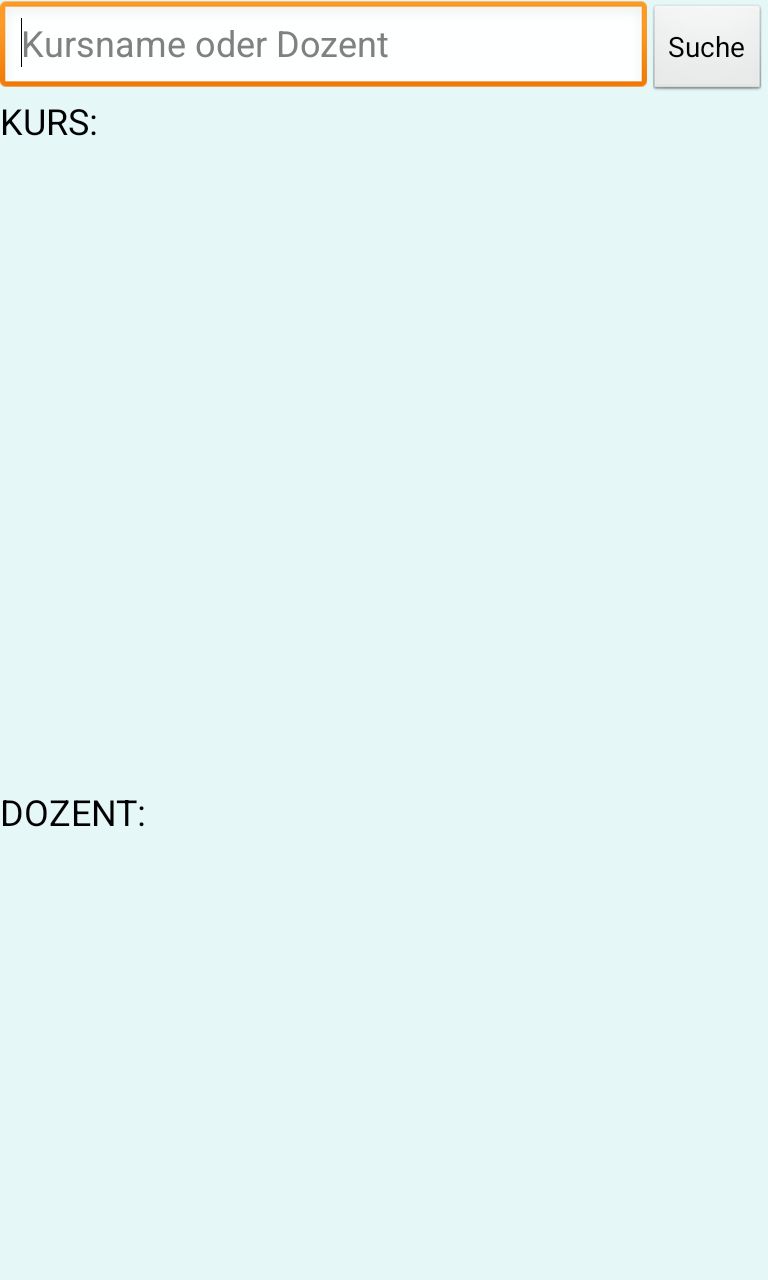
Repository: georgleber/IliConnect
Layout: IliConnect/res/layout/suche_layout.xml
The author's editor kept a copy of each file at every save. The layout is drawn from the files as they stood at one save, then again after the next save.
It is drawn on a 768 x 1280 px phone screen (xhdpi) without system bars, with theme AppTheme; the app's code is not run. Lists and similar views that code fills are empty.

Above is the layout before, as saved 2012-12-18 22:15:37.

### IliConnect/res/layout/suche_layout.xml
<?xml version="1.0" encoding="utf-8"?>
<LinearLayout xmlns:android="http://schemas.android.com/apk/res/android"
    android:layout_width="match_parent"
    android:layout_height="match_parent"
    android:background="#E5F7F7"
    android:orientation="vertical">

    <LinearLayout
        android:layout_width="match_parent"
        android:layout_height="wrap_content" >

        <EditText
            android:id="@+id/editText1"
            android:layout_width="0dp"
            android:layout_height="wrap_content"
            android:layout_weight="1.51"
            android:ems="10"
            android:hint="@string/search_string"
            android:singleLine="true">

            <requestFocus />
        </EditText>

        <Button
            android:id="@+id/search_button"
            android:layout_width="wrap_content"
            android:layout_height="wrap_content"
            android:text="@string/searching_button" />
    </LinearLayout>

    <TextView
        android:id="@+id/kurs_label"
        android:layout_width="match_parent"
        android:layout_height="wrap_content"
        android:text="@string/kurs_suche"
        android:textAppearance="?android:attr/textAppearanceMedium" />

<LinearLayout android:layout_weight="1"
                    android:layout_height="fill_parent"
                    android:layout_width="fill_parent">

                <ListView   android:id="@+id/kurs_list"
                    		style="@style/ListView"
                            android:layout_height="fill_parent"
                            android:layout_width="fill_parent">

                </ListView>
    </LinearLayout>

<TextView
    android:id="@+id/dozent_suche_label"
    android:layout_width="wrap_content"
    android:layout_height="wrap_content"
    android:layout_marginTop="99dp"
    android:text="@string/Dozent_suche"
    android:textAppearance="?android:attr/textAppearanceMedium" />

<LinearLayout android:layout_weight="1"
                android:layout_height="fill_parent"
                android:layout_width="fill_parent">

            <ListView   android:id="@+id/dozent_list"
                		style="@style/ListView"
                        android:layout_height="fill_parent"
                        android:layout_width="fill_parent">

            </ListView>
</LinearLayout>



</LinearLayout>

### IliConnect/res/values/styles.xml
<resources xmlns:android="http://schemas.android.com/apk/res/android">

    <style name="AppTheme" parent="android:Theme.Light" />
    <style name="ListView">
        <item name="android:layout_width">fill_parent</item>
        <item name="android:layout_height">fill_parent</item>
        <item name="android:textColor">#000000</item>
        <item name="android:background">@color/mintFH</item>
        <item name="android:cacheColorHint">@color/mintFH</item>
        <item name="android:listSelector">@drawable/list_selector</item>
    </style>

</resources>

### IliConnect/res/values/strings.xml
<resources>

    <string name="app_name">IliConnect</string>
    <string name="hello_world">Hello world!</string>
    <string name="menu_settings">Settings</string>
    <string name="title_activity_main">IliConnect</string>
    <string name="passwort_label">"Passwort: "</string>
    <string name="Email_label">"ID: "</string>
    <string name="login_button">Login</string>
    <string name="passwort_hint">******</string>
    <string name="email_pre">userid</string>
    <string name="desc_logoright">FH-Aachen Logo</string>
	<string name="desc_head">Ilias Logo</string>
	<string name="logout">Logout</string>
	<string name="magazin">Magazin</string>
	<string name="uebersicht">Übersicht</string>
	<string name="account_logout">Logout</string>
	<string name="QR_Code">Scan QR Code</string>
	<string name="todo_liste">Todo Liste</string>
	<string name="Date">Montag 17.12.2012 Praktikum Fassbender</string>
	<string name="desc_seminar">Beschreibung:</string>
	<string name="desc_long">Dies ist ein Testseminar. Hier würde ihr Text stehen der das Seminar beschreibt.</string>
	<string name="search_string">Kursname oder Dozent</string>
	<string name="termine_string">Termine:</string>
	<string name="geaendertedateien_string">Geänderte Dateien:</string>
	<string name="qr_string">QR Scanner:</string>
	<string name="datum_praktikum">24.12.2012 Praktikum SWE</string>
	<string name="Testmessage">Testmeldung</string>
	<string name="stringurl">Url: </string>
	<string name="urlHint">www.ilias.de</string>
	<string name="logout_menu">Ausloggen</string>
	<string name="settings_menu">Einstellungen</string>
	<string name="sync_label">Synchronisation:</string>
	<string name="Sync_intervall">Intervall: </string>
	<string name="Wlan_snyc">"nur über Wlan: "</string>
	<string name="dates_sync">"Anzahl der Termine: "</string>
	<string name="Notifi_sync">"Benachrichtigungen: "</string>
	<string name="Warning_sync">"Warnung: "</string>
	<string name="Critical_sync">"Kritisch: "</string>
	<string name="sync_button">Synchronisieren</string>

	 <string-array name="array_intervall">
        <item>15 Min</item>
        <item>30 Min</item>
        <item>1 H</item>
        <item>2 H</item>
        <item>1 D</item>
    </string-array>
    <string-array name="array_termine">
        <item>1</item>
        <item>2</item>
        <item>3</item>
        <item>4</item>
        <item>5</item>
    </string-array>
    <string-array name="array_warnung">
        <item>3 D</item>
        <item>4 D</item>
        <item>5 D</item>
        <item>6 D</item>
    </string-array>
    <string-array name="array_Kritisch">
        <item>1 D</item>
        <item>2 D</item>
    </string-array>
        <string name="testdates">24.12.2012    16 Uhr</string>
        <string name="testpraktikum">Software Engineering Praktikum</string>
        <string name="testpraktikum2">25.12.2012    14 Uhr</string>
        <string name="testpraktikum3">Bildverarbeitung Praktikum</string>
        <string name="kurs_abmeldung">Abmelden</string>
        <string name="test_file">Aufgabe 1.pdf</string>
        <string name="kurs_suche">KURS:</string>
        <string name="Dozent_suche">DOZENT:</string>
        <string name="test_seminar">Physik</string>
        <string name="Join_kurs">Beitreten</string>
        <string name="dozent_fassbender">"Prof. Dr. rer. nat. Faßbender "</string>
        <string name="button_kurse">Kurse</string>
        <string name="searching_button">Suche</string>
        <string name="Kurs_default">Physik</string>

</resources>

### IliConnect/res/values/color.xml
<resources xmlns:android="http://schemas.android.com/apk/res/android">
    <color name="mintFH">#E5F7F7</color>
    <color name="darkmint">#00B1AC</color>
</resources>

### IliConnect/res/drawable/list_selector.xml
<?xml version="1.0" encoding="utf-8"?>
<selector xmlns:android="http://schemas.android.com/apk/res/android"
    android:background="#E5F7F7">
    <!-- touch down -->
    <item
        android:drawable="@drawable/list_selector_pressed"
        android:state_pressed="true"/>
    <!-- selected -->
    <item
        android:textColor="#000000"
        android:drawable="@drawable/list_selector_selected"
        android:state_selected="true"
        android:state_focused="false"
        android:state_pressed="false"/>
</selector>

### IliConnect/res/drawable/list_selector_pressed.xml
<?xml version="1.0" encoding="utf-8"?>
<layer-list xmlns:android="http://schemas.android.com/apk/res/android"
    android:background="#E5F7F7">
    <item>
        <shape android:shape="rectangle">
            <solid android:color="@color/darkmint"/>
            <size android:width="1dip"/>
            <size android:height="1dip"/>
        </shape>
    </item>
</layer-list>

### IliConnect/res/drawable/list_selector_selected.xml
<?xml version="1.0" encoding="utf-8"?>
<layer-list xmlns:android="http://schemas.android.com/apk/res/android"
    android:background="#E5F7F7">
    <item>
        <shape android:shape="rectangle">
            <solid android:color="@color/darkmint"/>
            <size android:width="1dip"/>
            <size android:height="1dip"/>
        </shape>
    </item>
</layer-list>

After the next save:
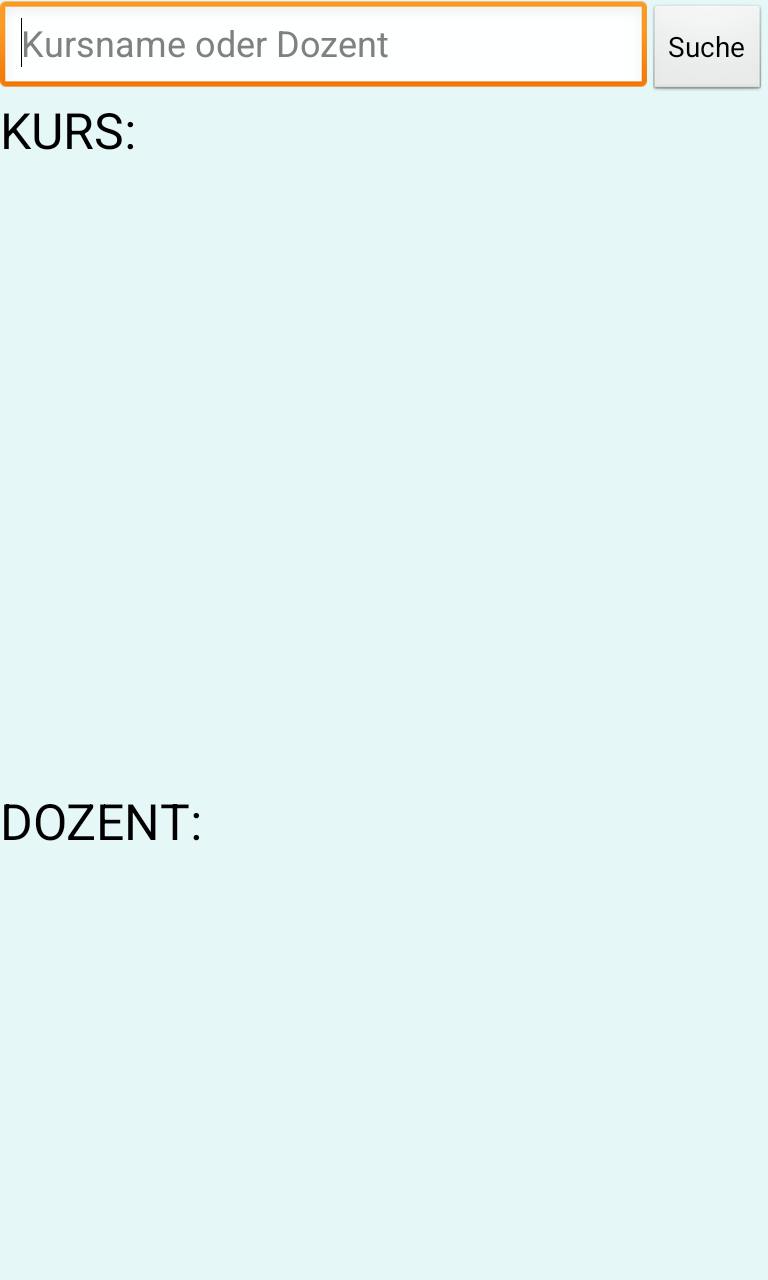
Saved 103 s later.
--- a/IliConnect/res/layout/suche_layout.xml
+++ b/IliConnect/res/layout/suche_layout.xml
@@ -33,16 +33,18 @@
         android:layout_width="match_parent"
         android:layout_height="wrap_content"
         android:text="@string/kurs_suche"
-        android:textAppearance="?android:attr/textAppearanceMedium" />
+        android:textAppearance="?android:attr/textAppearanceMedium"
+        android:textSize="25sp" />
 
 <LinearLayout android:layout_weight="1"
                     android:layout_height="fill_parent"
                     android:layout_width="fill_parent">
 
-                <ListView   android:id="@+id/kurs_list"
-                    		style="@style/ListView"
-                            android:layout_height="fill_parent"
-                            android:layout_width="fill_parent">
+                <ListView
+                    android:id="@+id/kurs_list"
+                    style="@style/ListView"
+                    android:layout_width="fill_parent"
+                    android:layout_height="match_parent" >
 
                 </ListView>
     </LinearLayout>
@@ -53,7 +55,8 @@
     android:layout_height="wrap_content"
     android:layout_marginTop="99dp"
     android:text="@string/Dozent_suche"
-    android:textAppearance="?android:attr/textAppearanceMedium" />
+    android:textAppearance="?android:attr/textAppearanceMedium"
+    android:textSize="25sp" />
 
 <LinearLayout android:layout_weight="1"
                 android:layout_height="fill_parent"
